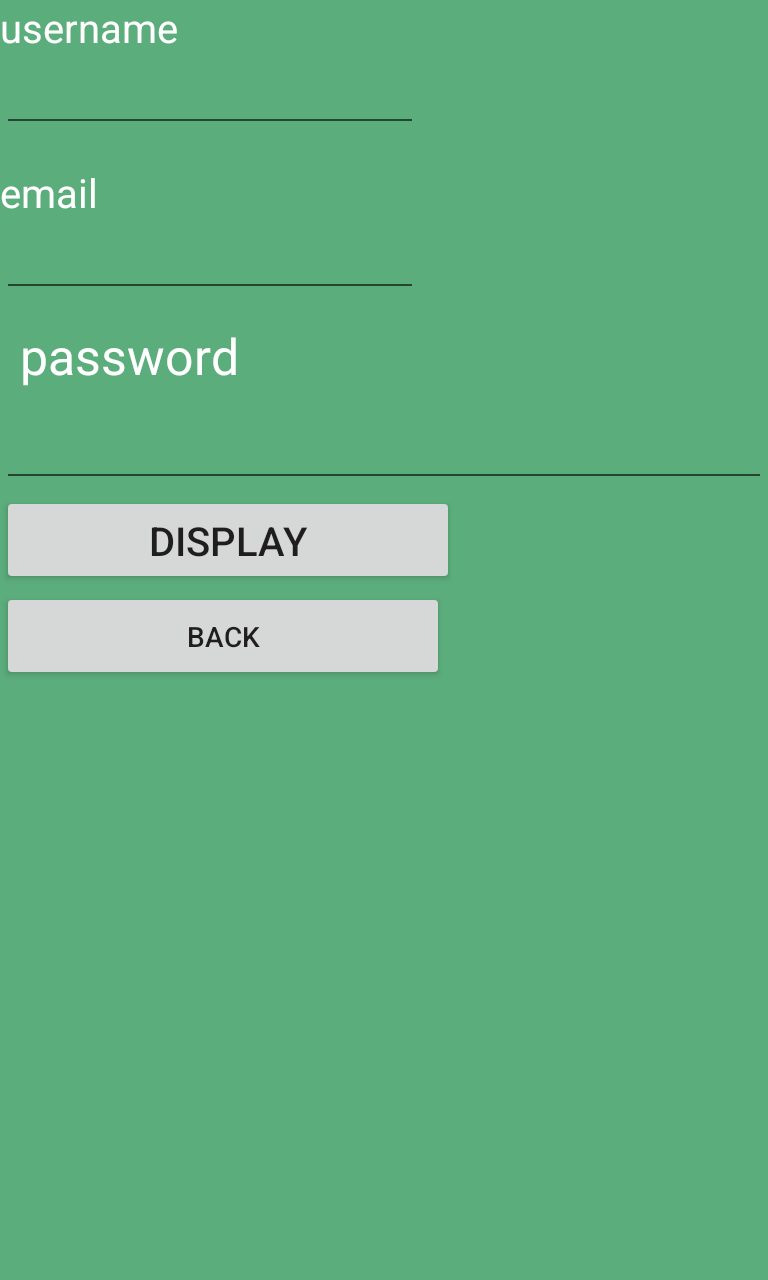
Repository: janemuthoni/icon
Layout: Exam/res/layout/login.xml
An editor plug-in stored every save of this project. The layout is shown before and after the next save, followed by the edit.
It is drawn on a 768 x 1280 px phone screen (xhdpi) without system bars, with theme AppTheme; the app's code is not run.

Above is the layout before, as saved 2014-08-07 08:31:20.

After the next save:
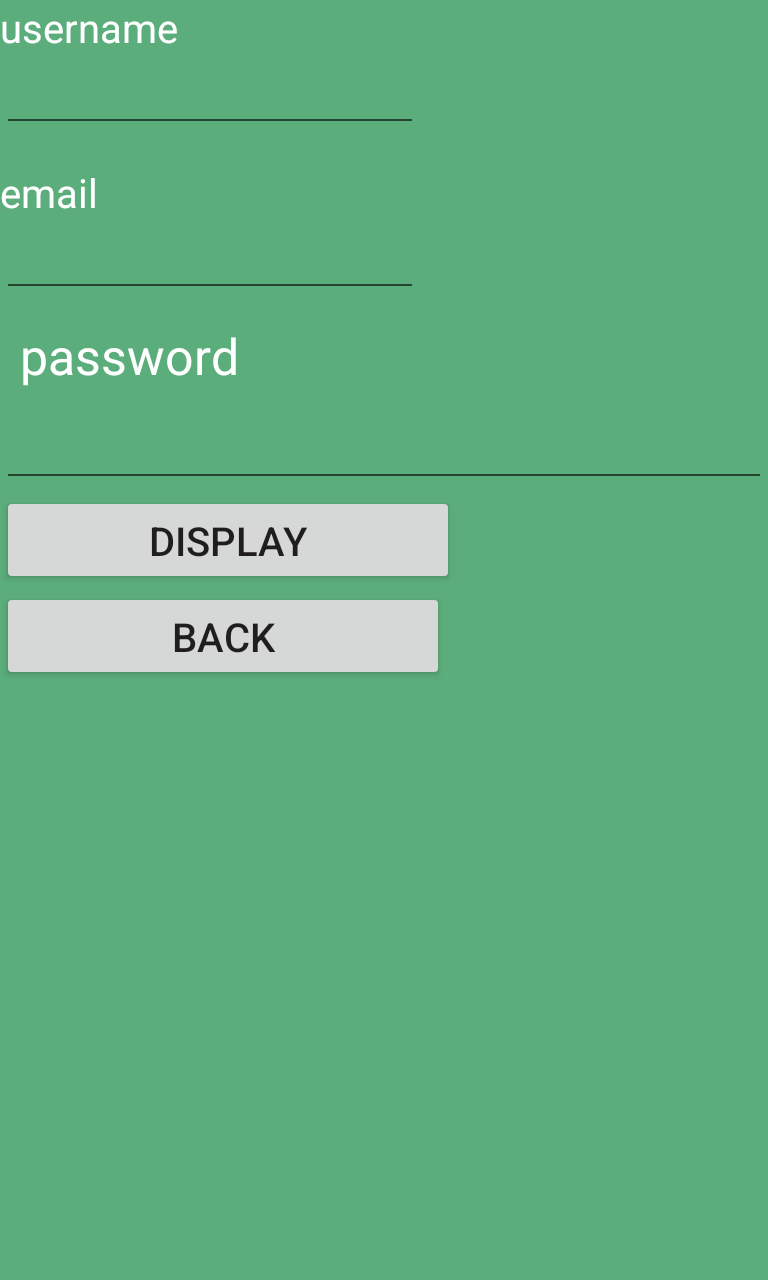
Saved 15 s later.
--- a/Exam/res/layout/login.xml
+++ b/Exam/res/layout/login.xml
@@ -64,6 +64,7 @@
           android:layout_width="223dp"
           android:layout_height="wrap_content"
           android:text="@string/buttonback"
-            android:textColor="@color/black"/>
+            android:textColor="@color/black"
+            android:textSize="20sp"/>
 
 </LinearLayout>
